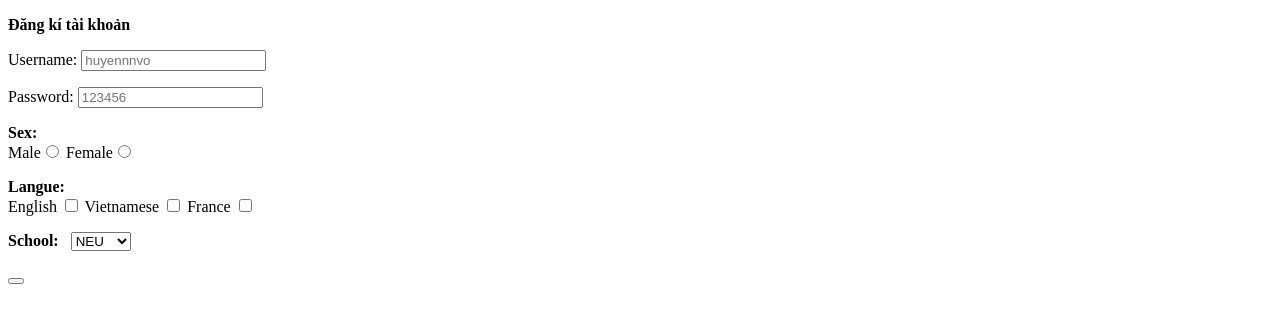
Repository: huyennvo/ptcudw
Page: lesson2/form.html
An editor plug-in stored every save of this project. The page is shown before and after the next save, followed by the edit.
The browser window is 1280 px wide. The pictures show the whole page.

Above is the page before, as saved 2022-08-08 09:36:58.

### lesson2/form.html
<!DOCTYPE html>
<html lang="en">
<head>
    <meta charset="UTF-8">
    <meta http-equiv="X-UA-Compatible" content="IE=edge">
    <meta name="viewport" content="width=device-width, initial-scale=1.0">
    <title>Document</title>
</head>
<body>
    <p> <b>Đăng kí tài khoản</b> </p>
    <p>
        Username: <input type="text" name="username" value="" placeholder="huyennnvo">
    </p>
    <p>
        Password: <input type="password" name="password" value="" placeholder="123456">
    </p>
    <p>
        <b>Sex:</b>
        <br>
        Male<input type="radio" name="sex" id="" value="Male">
        Female<input type="radio" name="sex" id="" value="Female">
    </p>
    <p>
        <b>Langue: </b>
        <br>
        English
        <input type="checkbox" name="langue" id="" value="English">
        Vietnamese
        <input type="checkbox" name="langue" id="" value="Vietnamese">
        France
        <input type="checkbox" name="langue" id="" value="France">
    </p>
    <p>
        <b>School:</b>
        &nbsp;
        <Select name="school">
            <option value="NEU" selected>NEU</option>
            <option value="NEU">HUST</option>
            <option value="NEU">HUCE</option>
        </Select>
    </p>
    <p>
        <button></button>
    </p>
</body>
</html>

After the next save:
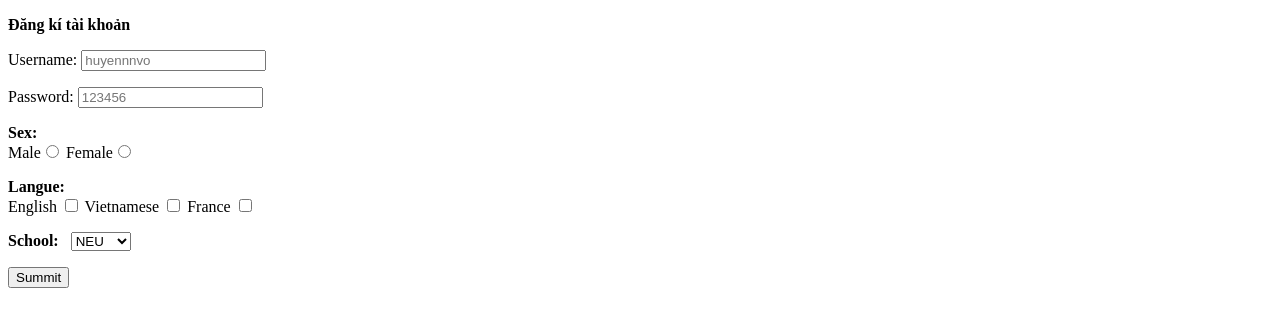
Saved 5 s later.
--- a/lesson2/form.html
+++ b/lesson2/form.html
@@ -40,7 +40,7 @@
         </Select>
     </p>
     <p>
-        <button></button>
+        <button>Summit</button>
     </p>
 </body>
 </html>
